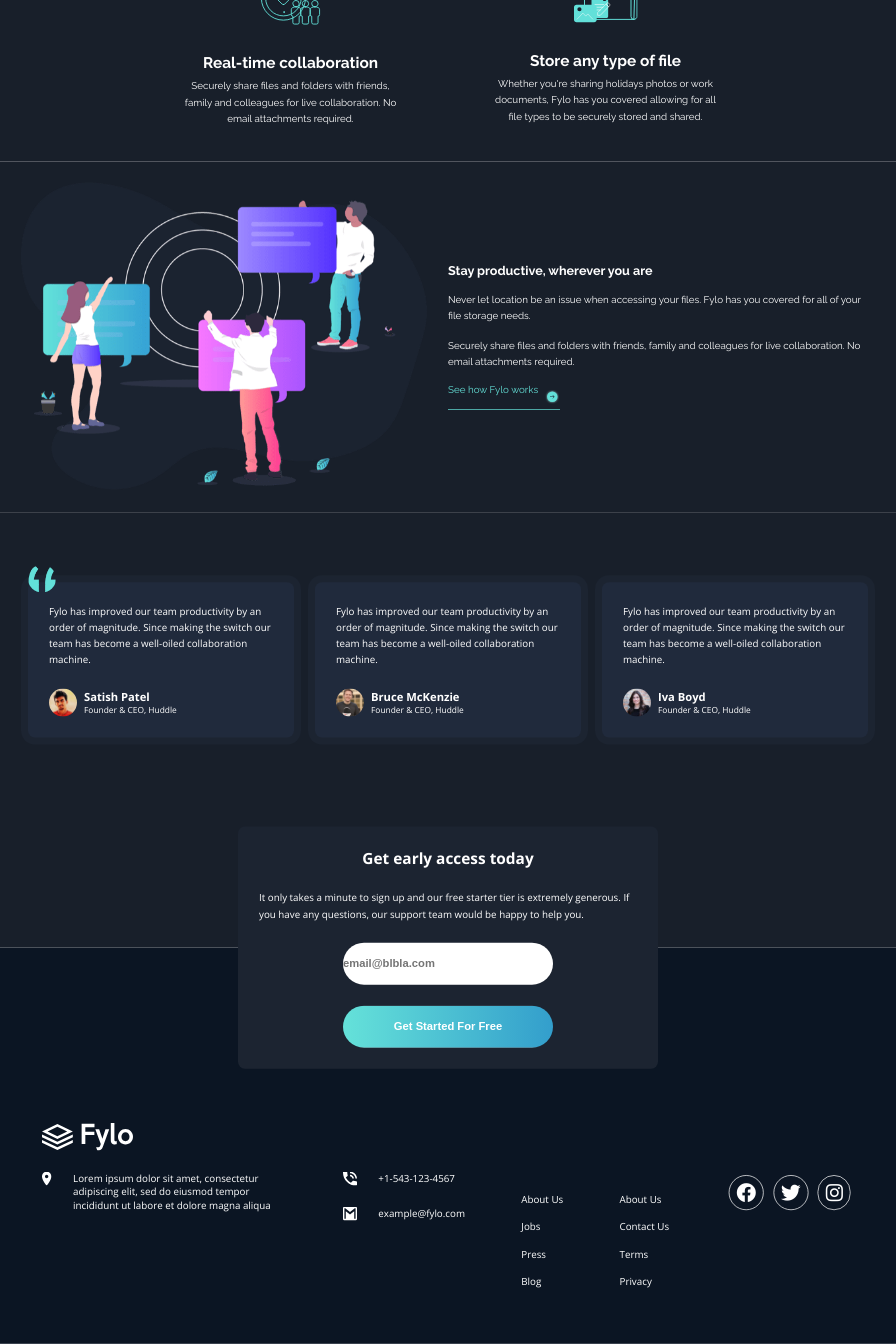
Repository: tomas938/fylo-dark-theme-landing-page-master
Page: index.html
These files come from the project's save history. The page is drawn as it stood at one moment and after the next save; the edit follows.
The browser window is 1280 px wide. The pictures show the part of the page from y = 1204 to 3124 px (the page is 3124 px tall), at 70% of full size.
Some web libraries are served in a nearby version. The style sheet was rebuilt from its Sass, Less or Tailwind sources for each picture, by a compiler version that may differ from the author's.

Above is the page before, as saved 2021-08-05 20:05:54.

### index.html
<!DOCTYPE html>
<html lang="en">
	<head>
		<meta charset="UTF-8" />
		<meta name="viewport" content="width=device-width, initial-scale=1.0" />
		<link
			rel="icon"
			type="image/png"
			sizes="32x32"
			href="./images/favicon-32x32.png"
		/>
		<title>
			Frontend Mentor | Fylo landing page with dark theme and features grid
		</title>
		<link rel="stylesheet" href="https://pro.fontawesome.com/releases/v5.10.0/css/all.css" integrity="sha384-AYmEC3Yw5cVb3ZcuHtOA93w35dYTsvhLPVnYs9eStHfGJvOvKxVfELGroGkvsg+p" crossorigin="anonymous"/>
		<link rel="stylesheet" href="/scss/main.css" />
	</head>
	<body>
		<section class="intro">
			<nav class="intro__navigation">
				<img src="/images/logo.svg" alt="" />
				<ul class="intro__navigation__links">
					<li><a href="#">Features</a></li>
					<li><a href="#">Team</a></li>
					<li><a href="#">Sign In</a></li>
				</ul>
			</nav>
			<div class="intro__description">
				<img class="bg-image" src="/images/illustration-intro.png" alt="" />
				<h1>All your files in one secure location, accessible anywhere.</h1>
				<p>
					Fylo stores all your most important files in one secure location.
					Access them wherever you need, share and collaborate with friends
					family, and co-workers.
				</p>
				<button class="blue-rounded">Get Started</button>
			</div>
		</section>
		<section class="about">
			<div class="about__item">
				<img src="/images/icon-access-anywhere.svg" class="icon"></img>
				<h3>Access your files, anywhere</h3>
				<p>
					The ability to use a smartphone, tablet, or computer to access your
					account means your files follow you everywhere.
				</p>
			</div>
			<div class="about__item">
				<img src="/images/icon-security.svg" class="icon"></img>
				<h3>Security you can trust</h3>
				<p>
					2-factor authentication and user-controlled encryption are just a
					couple of the security features we allow to help secure your files.
				</p>
			</div>
			<div class="about__item">
				<img src="/images/icon-collaboration.svg" class="icon"></img>
				<h3>Real-time collaboration</h3>
				<p>
					Securely share files and folders with friends, family and colleagues
					for live collaboration. No email attachments required.
				</p>
			</div>
			<div class="about__item">
				<img src="/images/icon-any-file.svg" class="icon"></img>
				<h3>Store any type of file</h3>
				<p>
					Whether you're sharing holidays photos or work documents, Fylo has you
					covered allowing for all file types to be securely stored and shared.
				</p>
			</div>
		</section>
    <section class="informations">
      <div class="informations__image">
        <img src="/images/illustration-stay-productive.png" alt="">
      </div>
      <div class="informations__content">
        <h4>Stay productive, wherever you are</h4>
        <p> Never let location be an issue when
		accessing your files. Fylo has you covered for all of your file storage
		needs.</p>
        <p> Securely share files and folders with friends, family and colleagues
		for live collaboration. No email attachments required.</p>
        <div class="link">
          <a href="#"> See how Fylo works</a>
          <img src="/images/icon-arrow.svg" alt="">
        </div>
      </div>
    </section>
    <section class="testimonials">
      <div class="testimonials__item">
        <img class="quotes" src="/images/bg-quotes.png" alt="">
        <p>	Fylo has improved our team productivity by an order of magnitude. Since
		making the switch our team has become a well-oiled collaboration machine.</p>
      <div class="person">
        <img src="/images/profile-1.jpg" alt="">
        <div class="person__information">
          <h4>	Satish Patel </h4>
          <h5> Founder & CEO, Huddle</h5>
        </div>
      </div>
      </div>
      <div class="testimonials__item">
        <p>	Fylo has improved our team productivity
		by an order of magnitude. Since making the switch our team has become a
		well-oiled collaboration machine.</p>
      <div class="person">
        <img src="/images/profile-2.jpg" alt="">
        <div class="person__information">
          <h4>Bruce McKenzie </h4>
          <h5> Founder & CEO, Huddle</h5>
        </div>
      </div>
      </div>
      <div class="testimonials__item">
        <p>	Fylo has improved our team productivity
		by an order of magnitude. Since making the switch our team has become a
		well-oiled collaboration machine.</p>
      <div class="person">
        <img src="/images/profile-3.jpg" alt="">
        <div class="person__information">
          <h4>	Iva Boyd </h4>
          <h5> Founder & CEO, Huddle</h5>
        </div>
      </div>
      </div>
    </section >
	<section class="contact">
		<div class="contact__item">
			<h3>Get early access today</h3>
			<p>	 It only takes a minute to sign
		  up and our free starter tier is extremely generous. If you have any
		  questions, our support team would be happy to help you.</p>
		  <input type="text" placeholder="email@blbla.com">
		  <button class="blue-rounded ">Get Started For Free</button>
		</div>
	</section>
	<!-- <footer class="footer">
		<div class="footer__wrapper">
			<div class="desk">
				<img class="logo" src="/images/logo.svg" alt="">
				<div  class="footer__wrapper__information">
					<div class="left">

						<div class="footer__wrapper__information__item">
							<img  src="/images/icon-location.svg" alt="">
							<p>Lorem ipsum dolor sit amet, consectetur adipiscing elit, sed do eiusmod
					tempor incididunt ut labore et dolore magna aliqua</p>
						</div>
					</div>
					<div class="right">

						<div class="footer__wrapper__information__item">
							<img src="/images/icon-phone.svg" alt="">
							<p> +1-543-123-4567</p>
						</div>
						<div class="footer__wrapper__information__item">
							<img  src="/images/icon-email.svg" alt="">
							<p>example@fylo.com</p>
						</div>
					</div>
					<div class="left-link">

						<div class="links-up">
							<a href="#">About Us</a>
							<a href="#">Jobs</a>
							<a href="#">Press</a>
							<a href="#"> Blog</a>
						</div>
					</div>
					<div class="right-link">

						<div class="links-down">
							<a href="#"> Contact Us</a>
							<a href="#">Terms</a>
							<a href="#"> Privacy</a>
						</div>
					</div>
					<div class="icons">
						<a href="#" ><i class="fab fa-facebook fa-2x"></i></a>
						<a href="#"><i class="fab fa-twitter fa-2x"></i></a>
						<a href="#">  <i class="fab fa-instagram fa-2x"></i>
						</a>
					</div>
				</div>
			</div>
		</div>
	</footer> -->
	<section>

	<footer class="wrapper">
		<img class="logo" src="/images/logo.svg" alt="">
		<div class="footer__content">
			<div class="location">
				<img  src="/images/icon-location.svg" alt="">
							<p>Lorem ipsum dolor sit amet, consectetur adipiscing elit, sed do eiusmod
					tempor incididunt ut labore et dolore magna aliqua</p>
			</div>
			<div class="phone-email">
				<div class="phone"><img src="/images/icon-phone.svg" alt="">
							<p> +1-543-123-4567</p></div>
				<div class="email"><img  src="/images/icon-email.svg" alt="">
							<p>example@fylo.com</p></div>
			</div>
			<div class="right-links">
					<a href="#">About Us</a>
							<a href="#">Jobs</a>
							<a href="#">Press</a>
							<a href="#"> Blog</a>
			</div>
			<div class="left-links">
					<a href="#">About Us</a>
					<a href="#"> Contact Us</a>
					<a href="#">Terms</a>
					<a href="#"> Privacy</a>
			</div>
			<div class="icons">
						<a href="#" ><i class="fab fa-facebook fa-2x"></i></a>
						<a href="#"><i class="fab fa-twitter fa-2x"></i></a>
						<a href="#">  <i class="fab fa-instagram fa-2x"></i>
						</a>
			</div>
		</div>
	</footer>

	</section>

	</body>
</html>

### scss/main.scss
@import "./_partials/variables";
@import "./_partials/_reset";
@import "./_partials/_intro";
@import "./_partials/_about";
@import "./_partials/_informations";
@import "./_partials/_testimonials";
@import "./_partials/_contact";
@import "./_partials/_footer";

### scss/_partials/_variables.scss
// COLORS //

// ### Primary //

$intro-bg: hsl(217, 28%, 15%); // intro email sign up
$main-bg: hsl(218, 28%, 13%);
$footer-bg: hsl(216, 53%, 9%);
$testimonials-bg: hsl(219, 30%, 18%);

// ### Accent //

$cayn: hsl(176, 68%, 64%); //(inside call-to-action gradient)//
$blue: hsl(198, 60%, 50%); //(inside call-to-action gradient)//
$error: hsl(0, 100%, 63%);

// ### Neutral //

$white: hsl(0, 0%, 100%);

// FONTS //

// ### Headings, Call-to-actions, Header Navigation //

@import url("https://fonts.googleapis.com/css2?family=Raleway:wght@400;700&display=swap");

$heading-font: "Raleway", sans-serif;
$heading-light: 400;
$heading-bold: 700;

// ### Body //

@import url("https://fonts.googleapis.com/css2?family=Open+Sans:wght@400;700&family=Raleway:wght@400;700&display=swap");

$body-font: "Open Sans", sans-serif;
$body-light: 400;
$body-bold: 700;

// Button
.blue-rounded {
	max-width: 30rem;
	font-size: 1.6rem;
	font-weight: $heading-bold;
	border: none;
	outline: none;
	color: $white;
	background-image: linear-gradient(to right, $cayn, $blue);
	border-radius: 3rem;
	height: 6rem;
	width: 100%;
}

### scss/_partials/_reset.scss
* {
	margin: 0;
	padding: 0;
	box-sizing: border-box;
}
body {
	color: $white;
	font-family: $body-font;
}
html {
	font-size: 62.5%;
	@media only screen and (min-width: 1600px) {
		font-size: 93.5%;
	}
	// @media only screen and (min-width: 1400px) {
	// 	font-size: 83.5%;
	// }
	@media only screen and (max-width: 800px) {
		font-size: 83.5%;
	}
	@media only screen and (max-width: 600px) {
		font-size: 63.5%;
	}
	@media only screen and (max-width: 375px) {
		font-size: 53.5%;
	}
}
a {
	text-decoration: none;
}
li {
	list-style: none;
}

### scss/_partials/_intro.scss
.intro {
	background-color: $intro-bg;
	font-family: $heading-font;
	background-image: url(/images/bg-curvy-mobile.svg);
	background-repeat: no-repeat;
	background-position: bottom;
	background-size: 150% 50%;

	&__navigation {
		padding: 3rem 2rem;
		display: flex;
		justify-content: space-between;
		@media only screen and (min-width: 800px) {
			padding: 3rem 8rem;
		}
	}
	img {
		width: 10rem;
		height: 2.95rem;
	}

	&__navigation__links {
		display: flex;
		align-items: center;
	}
	li:not(:last-child) {
		margin-right: 2.2rem;
	}
	a {
		color: $white;
		font-weight: $heading-light;
		font-size: 1.4rem;
	}
	&__description {
		max-width: 60rem;
		padding: 3rem;
		margin: auto;
		display: flex;
		flex-direction: column;
		align-items: center;
		grid-gap: 2rem;
	}
	.bg-image {
		width: 100%;
		height: 100%;
	}
	h1 {
		font-size: 2.5rem;
		text-align: center;
		line-height: 3.5rem;
	}
	p {
		font-size: 1.4rem;
		line-height: 2.3rem;
		text-align: center;
	}
}

### scss/_partials/_about.scss
.about {
	display: grid;
	grid-template-columns: 1fr;
	@media only screen and (min-width: 800px) {
		grid-template-columns: 35rem 35rem;
		grid-gap: 10rem;
		justify-content: center;
	}
	justify-items: center;
	grid-gap: 5rem;
	background-color: $main-bg;
	font-family: $heading-font;
	padding: 5rem 0;
	&__item {
		max-width: 35rem;

		display: flex;
		flex-direction: column;
		align-items: center;
		justify-content: center;
		padding: 0 1.5rem;
		grid-gap: 1rem;
	}
	.icon {
		margin-bottom: 3rem;
	}
	h3 {
		font-size: 2.2rem;
	}
	p {
		font-size: 1.4rem;
		line-height: 2.3rem;
	}
	h3,
	p {
		text-align: center;
	}
}

### scss/_partials/_informations.scss
.informations {
	display: flex;
	flex-direction: column;
	@media only screen and (min-width: 800px) {
		flex-direction: row;
		justify-content: space-around;
	}
	justify-content: center;
	align-items: center;
	grid-gap: 3rem;
	font-family: $heading-font;
	background-color: $main-bg;
	padding: 3rem;
	&__image {
		img {
			width: 100%;
		}
	}
	&__content {
		max-width: 60rem;
		@media only screen and (min-width: 800px) {
			max-width: 50%;
		}
		display: flex;
		flex-direction: column;
		grid-gap: 2rem;
	}
	h3 {
		text-align: center;
	}

	h4 {
		font-size: 1.8rem;
	}
	p {
		font-size: 1.4rem;
		line-height: 2.3rem;
		text-align: left;
	}
	.link {
		display: flex;
		align-items: center;
		justify-content: flex-start;
		border-bottom: 1px solid $cayn;
		width: 16rem;
		a {
			font-size: 1.4rem;
			color: $cayn;
		}
		img {
			margin-left: 1rem;
			height: 2rem;
		}
	}
}

### scss/_partials/_testimonials.scss
.testimonials {
	background-color: $main-bg;
	display: flex;
	flex-direction: column;
	@media only screen and (min-width: 800px) {
		flex-direction: row;
		grid-gap: 3rem;
	}
	align-items: center;
	grid-gap: 5rem;
	padding: 10rem 4rem 30rem 4rem;
	position: relative;
	&__item {
		max-width: 60rem;
		background-color: $testimonials-bg;
		border-radius: 1rem;
		box-shadow: 0px 0px 0px 10px $intro-bg;
		padding: 3rem;
		display: flex;
		flex-direction: column;
		grid-gap: 3rem;
		position: relative;
		.quotes {
			position: absolute;
			top: -2.5rem;
			left: 0;
		}
	}
	.person {
		display: flex;
		align-items: center;
		grid-gap: 1rem;
	}
	img {
		border-radius: 50%;
		width: 4rem;
		height: 4rem;
	}
	p {
		font-size: 1.4rem;
		line-height: 2.3rem;
	}
	h4 {
		font-size: 1.6rem;
	}
	h5 {
		font-size: 1.2rem;
		font-weight: $heading-light;
	}
}

### scss/_partials/_contact.scss
.contact {
	display: flex;
	justify-content: center;
	position: relative;
	.contact__item {
		position: absolute;
		width: 90%;
		transform: translateY(-50%);
		z-index: 1;
		background-color: $intro-bg;
		padding: 3rem;
		border-radius: 1rem;
		max-width: 60rem;
		display: flex;
		flex-direction: column;
		align-items: center;
		grid-gap: 3rem;
	}
	h3 {
		font-size: 2.2rem;
	}
	p {
		font-size: 1.4rem;
		line-height: 2.3rem;
	}
	input {
		max-width: 30rem;
		font-size: 1.6rem;
		font-weight: $heading-bold;
		border: none;
		outline: none;
		color: $white;
		border-radius: 3rem;
		height: 6rem;
		width: 100%;
	}
}

### scss/_partials/_footer.scss
// .footer {
// 	display: flex;
// 	justify-content: center;
// 	@media only screen and (min-width: 1000px) {
// 		display: block;
// 	}
// 	width: 100%;
// 	background-color: $footer-bg;
// 	color: $white;
// 	.footer__wrapper {
// 		max-width: 60rem;
// 		display: flex;
// 		flex-direction: column;
// 		@media only screen and (min-width: 1000px) {
// 			width: 100%;
// 			flex-direction: row;
// 		}
// 		grid-gap: 3rem;
// 		padding: 30rem 3rem 3rem 3rem;
// 		font-size: 1.6rem;
// 		&__information {
// 			display: flex;
// 			flex-direction: column;
// 			@media only screen and (min-width: 1000px) {
// 				flex-direction: row;
// 				justify-content: space-between;
// 			}
// 			grid-gap: 3rem;
// 		}
// 		&__information__item {
// 			display: flex;
// 			grid-gap: 3rem;
// 		}
// 		.logo {
// 			width: 16rem;
// 			height: 5rem;
// 			margin-bottom: 3rem;
// 		}
// 		.links-up,
// 		.links-down {
// 			display: flex;
// 			flex-direction: column;
// 			grid-gap: 2rem;
// 		}
// 		.links-up {
// 			padding-top: 5rem;
// 			@media only screen and (min-width: 1000px) {
// 				padding-top: 0rem;
// 			}
// 		}
// 		.links-down {
// 			padding-bottom: 5rem;
// 		}
// 		.icons {
// 			display: flex;
// 			justify-content: center;
// 		}

// 		i {
// 			border: 1px solid $white;
// 			border-radius: 50px;
// 			margin: 0.5rem;
// 			padding: 1rem;
// 		}
// 		img {
// 			width: 2rem;
// 			height: 2rem;
// 		}
// 		a {
// 			color: $white;
// 		}
// 	}
// }
// .desk {
// 	display: flex;
// 	flex-direction: column;
// 	justify-content: space-between;
// 	align-items: space-between;
// }
// .right {
// 	display: flex;
// 	grid-gap: 3rem;
// 	flex-direction: column;
// }
.wrapper {
	background-color: $footer-bg;
	width: 100%;
}
footer {
	font-size: 1.4rem;
	padding: 25rem 6rem 6rem 6rem;
	display: flex;
	@media only screen and (max-width: 500px) {
		padding: 25rem 0rem 0rem 0rem;
	}
	flex-direction: column;
	@media only screen and (max-width: 1100px) {
		align-items: center;
	}
	.footer__content {
		display: flex;
		justify-content: space-between;
		@media only screen and (max-width: 1100px) {
			flex-direction: column !important;
			text-align: center;
		}
	}
	.right-links,
	.left-links {
		margin-top: 3rem;
		display: flex;
		flex-direction: column;
		align-items: flex-start;
	}
}
.logo {
	width: 13rem;
	height: 4rem;
	margin-bottom: 3rem;
}
.location,
.phone,
.email {
	display: flex;
	grid-gap: 3rem;
	img {
		width: 2rem;
		height: 2rem;
	}
}
.phone-email {
	display: flex;
	flex-direction: column;
	grid-gap: 3rem;
}
.location {
	width: 35rem;
	margin-bottom: 3rem;
}
a {
	color: $white;
	margin-bottom: 2rem;
}
i {
	border: 1px solid $white;
	border-radius: 50px;
	margin: 0.5rem;
	padding: 1rem;
}

After the next save:
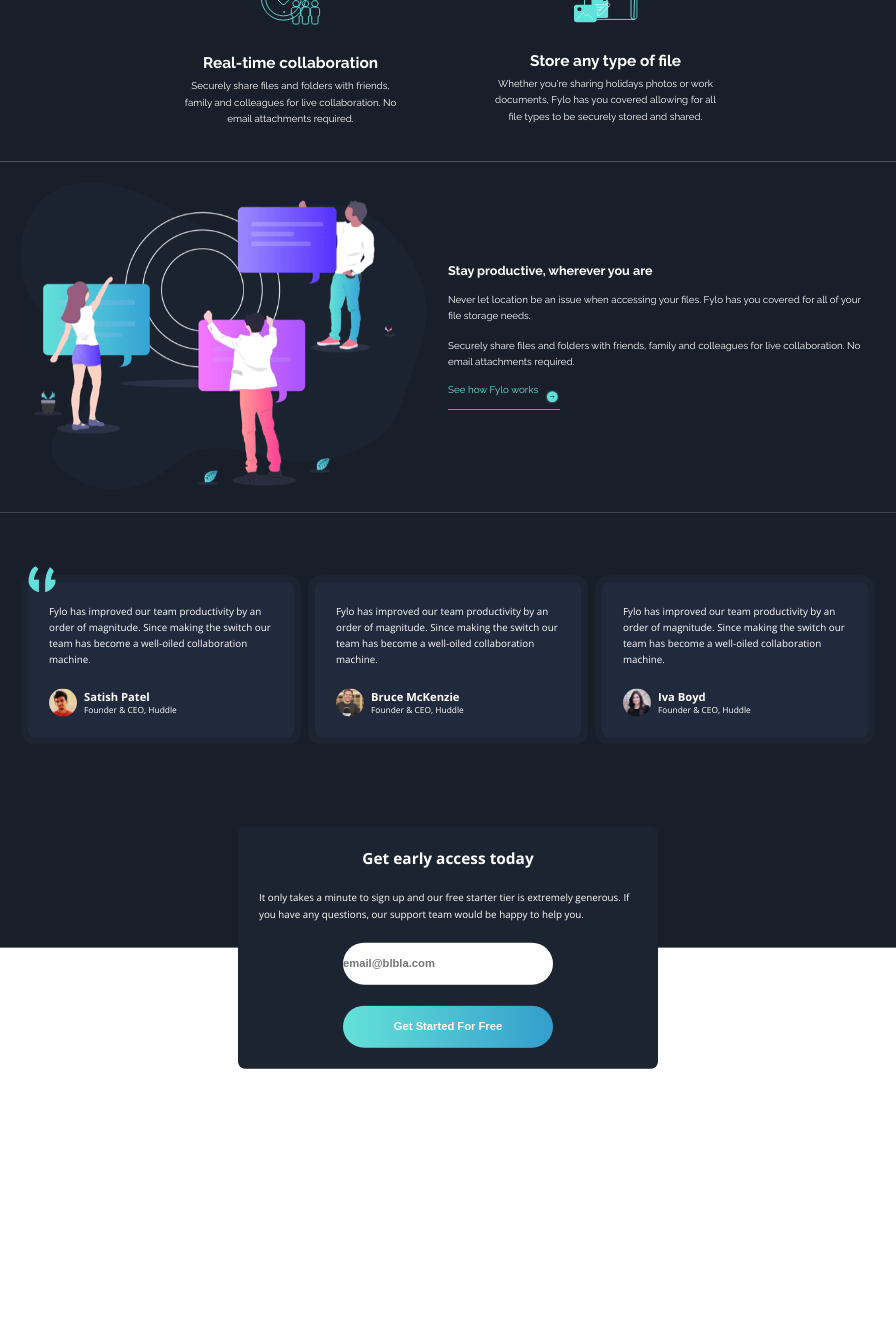
Saved 8 s later.
--- a/scss/_partials/_footer.scss
+++ b/scss/_partials/_footer.scss
@@ -82,10 +82,7 @@
 // 	grid-gap: 3rem;
 // 	flex-direction: column;
 // }
-.wrapper {
-	background-color: $footer-bg;
-	width: 100%;
-}
+
 footer {
 	font-size: 1.4rem;
 	padding: 25rem 6rem 6rem 6rem;

After the 3 saves that followed:
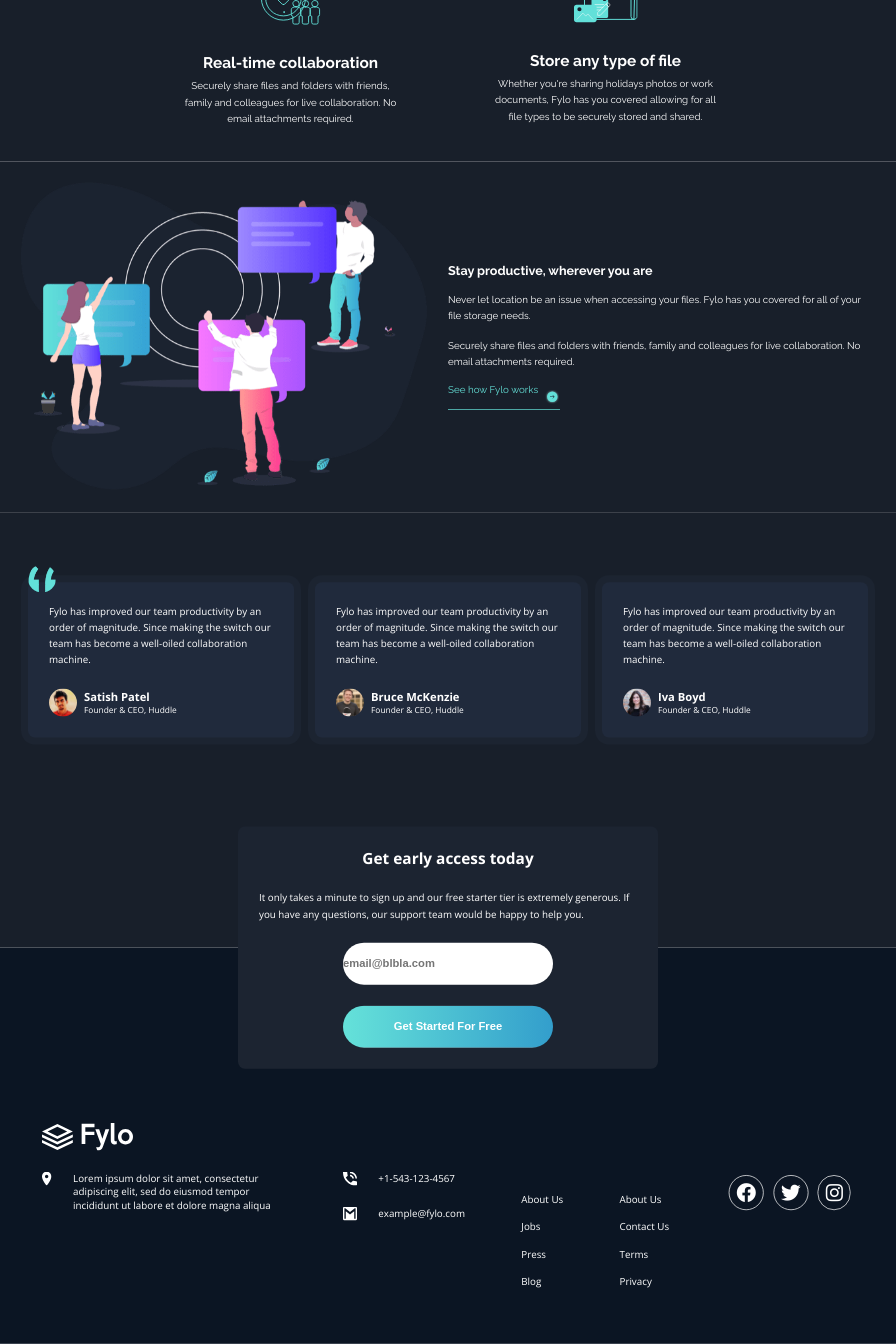
The 3 saves are shown as one change because 1 left the picture as it was and some came seconds apart.
The last was saved 21 s later.
--- a/index.html
+++ b/index.html
@@ -186,9 +186,9 @@
 			</div>
 		</div>
 	</footer> -->
-	<section>
-
-	<footer class="wrapper">
+
+
+	<footer >
 		<img class="logo" src="/images/logo.svg" alt="">
 		<div class="footer__content">
 			<div class="location">
@@ -223,7 +223,7 @@
 		</div>
 	</footer>
 
-	</section>
+
 
 	</body>
 </html>
--- a/scss/_partials/_footer.scss
+++ b/scss/_partials/_footer.scss
@@ -81,9 +81,9 @@
 // 	display: flex;
 // 	grid-gap: 3rem;
 // 	flex-direction: column;
-// }
 
 footer {
+	background-color: $footer-bg;
 	font-size: 1.4rem;
 	padding: 25rem 6rem 6rem 6rem;
 	display: flex;
